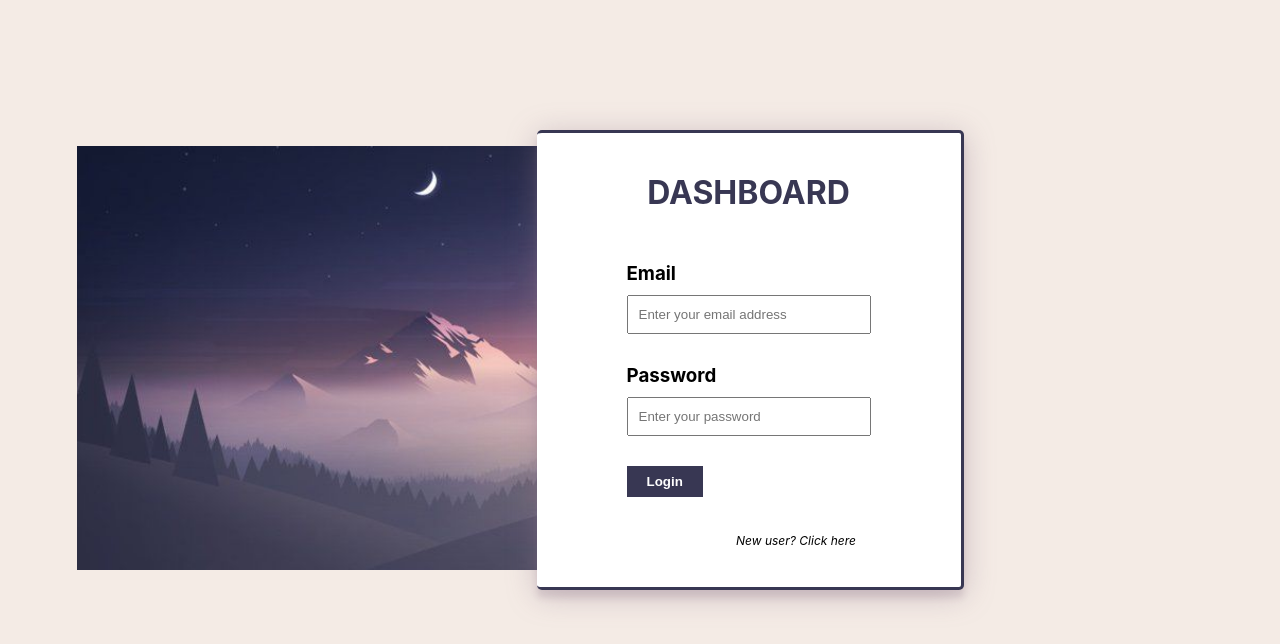
Repository: syni18/internshala-project
Page: /
These files come from the project's save history. The page is drawn as it stood at one moment and after the next save; the edit follows.
The browser window is 1280 px wide. The pictures show the whole page.
The project was rebuilt for these pictures with package versions that can differ from the ones it lists, and the page was loaded fresh each time. Also part of the build but not shown: src/dashboard/sidebar.css, src/dashboard/Sidebar.jsx, src/home/home.css, src/home/Home.jsx, src/profile/profile.css, src/profile/Profile.jsx, src/todocal/TodoList.jsx, src/todocal/Todo.jsx and 4 more.

Above is the page before, as saved 2022-08-30 16:16:43.

### src/StateProvider.jsx
import { createContext, useContext, useState, useEffect } from "react";
import {
  signInWithEmailAndPassword,
  createUserWithEmailAndPassword,
  onAuthStateChanged,
  signOut,
  updateProfile,
  sendPasswordResetEmail,
} from "firebase/auth";
import { auth } from "./firebaseconfig";

export const UserContext = createContext({});

export const useUserContext = () => {
  return useContext(UserContext);
};

export const UserContextProvider = ({ children }) => {
  const [user, setUser] = useState(null);
  const [loading, setLoading] = useState(false);
  const [error, setError] = useState("");

  useEffect(() => {

    setLoading(true);
    const unsubscribe = onAuthStateChanged(auth, (res) => {
      if (res) {
        setUser(res);
      } else {
        setUser(null);
      }
      setError("");
      setLoading(false);
    });
    return unsubscribe;
  }, []);

  const registerUser = (email, password, name) => {
    setLoading(true);
    createUserWithEmailAndPassword(auth, email, password)
      .then(() =>
        updateProfile(auth.currentUser, {
          displayName: name,
        })
      )
      .then((res) => console.log(res))
      .catch((err) => setError(err.message))
      .finally(() => setLoading(false));
  };

  const signInUser = (email, password) => {
    setLoading(true);
    signInWithEmailAndPassword(auth, email, password)
      .then((res) => console.log(res))
      .catch((err) => setError(err.code))
      .finally(() => setLoading(false));
  };

  const logoutUser = () => {
    signOut(auth);
  };

  const forgotPassword = (email) => {
    return sendPasswordResetEmail(auth, email);
  };

  const contextValue = {
    user,
    loading,
    error,
    signInUser,
    registerUser,
    logoutUser,
    forgotPassword,
  };
  return (
    <UserContext.Provider value={contextValue}>{children}</UserContext.Provider>
  );
};

### src/login/Login.jsx
import React, { useRef } from "react";
import { useUserContext } from "../StateProvider";
import bgwall from '../images/bgwall.jpg'
import "./login.css";

function Login() {

  const emailRef = useRef();
  const psdRef = useRef();
  const { registerUser } = useUserContext();
  const { signInUser,  } = useUserContext();


  const onSubmit = (e) => {
    e.preventDefault();
    const email = emailRef.current.value;
    const password = psdRef.current.value;
    if (email && password) {
      registerUser(email, password);
    }
  };

  const onSignin = (e) => {
    e.preventDefault();
    const email = emailRef.current.value;
    const password = psdRef.current.value;
    if (email && password) {
      signInUser(email, password)
    };
  };


  return (
    <div className="login">
      <div className="login_img">
        <img src={bgwall} alt="" />
      </div>
      <div className="login_container">
        <h1>DASHBOARD</h1>
        <form onSubmit={onSubmit}>
          <h3>Email</h3>
          <input
            type="email"
            ref={emailRef}
            placeholder="Enter your email address"
          />
          <h3>Password</h3>
          <input
            type="password"
            ref={psdRef}
            placeholder="Enter your password"
          />

          <button onClick={onSignin}>Login</button>
          {/* <button class="btn" onClick={onSubmit}>Sign Up</button> */}
        </form>
      </div>
    </div>
  );
}

export default Login

### src/login/Auth.jsx
import React, { useState } from "react";
import Login from "./Login";
import SignUp from "./SignUp";
import './auth.css'
const Auth = () => {
  const [index, setIndex] = useState(false);
  const toggleIndex = () => {
    setIndex((prevState) => !prevState);
  };
  return (
    <div className="container">
      {!index ? <Login /> : <SignUp />}
      <p onClick={toggleIndex}>
        {!index ? "New user? Click here " : "Already have an acount?"}
      </p>
    </div>
  );
};

export default Auth;

### src/firebaseconfig.jsx
// import firebase from './firebase'
import {initializeApp} from 'firebase/app'
import {getAuth} from 'firebase/auth'


const firebaseConfig = {
  apiKey: "AIzaSyDVNoV1MkQllHisnoMCIAddM7Hvozm_pHI",
  authDomain: "internshala-project-b7454.firebaseapp.com",
  projectId: "internshala-project-b7454",
  storageBucket: "internshala-project-b7454.appspot.com",
  messagingSenderId: "542399112034",
  appId: "1:542399112034:web:14aea6166a26dbb89c823b",
  measurementId: "G-8Q498T4H87",
};

const app = initializeApp(firebaseConfig);


export const auth = getAuth(app);
export default app;

### src/login/login.css
.login {
    background-color: #F4EBE5;
    height: 100vh;
    width: 100vw;
    display: flex;
    justify-content: center;
    align-items: center;
}

.login_img img {
    width: 700px;
    /* border-radius: 100px; */
    transform: rotate(360deg)

}

.login_container {
    border: 3px solid rgb(56, 55, 83);
    border-left: none;
    position: relative;
    right: 240px;
    padding:90px;
    text-align: center;
    background-color: #fff;
    border-radius: 5px;
    box-shadow: 0 8px 6px rgb(143, 118, 140,0.2),
        0 5px 30px rgb(143, 118, 140,0.4);
}
.login_container h1 {
    display: flex;
    margin-top: -50px;
    margin-bottom: 50px;
    color: rgb(56, 55, 83);
    align-items: center;
    justify-content: center;
}
.login_container .btn{
    position: absolute;
    bottom: 4.8%;
    left: 0;
    width: 80%;
    padding: 10px 0;
    border-top-right-radius: 30px;
    border-bottom-right-radius: 30px;
    cursor: pointer;
}
.login_container form {
    display: flex;
    flex-direction: column;
}
.login_container form h3 {
    text-align: left;
    margin-bottom: 10px;
}
.login_container  input {
    padding: 10px 10px;
    margin-bottom: 30px;
    outline: none;
    width: 220px;
}
.login_container button {
        background-color: rgb(56, 55, 83);
        color: white;
        border: none;
        padding: 8px 20px;
        width: max-content;
        font-weight: 600;
}

### src/todocal/todo.css
.dashboard_body {
    background-image: url("../images/dashboardSidebar.jpg");
        background-position:right;
        background-repeat: no-repeat;
        background-size:78%;
        overflow: scroll;

        /* border-bottom-right-radius: 10px; */
}

::-webkit-scrollbar {
    width: 20px;
}
::-webkit-scrollbar-thumb{
    display: none;
}
.forTodo h1 {
    margin: 20px 10px;
    display: flex;
    justify-content: space-between;
    align-items: center;
    position: sticky;
    top: 5%;
}
.todo_container {
    margin-top: 30px;
    display: flex;
    justify-content: flex-start;
    align-items: center;
    position: sticky;
    top: 17%;
    background: #fff;
}
.todo_container input {
    padding: 10px;
    width: 30%;
    outline: none;
    border: none;
    border-bottom: 2px solid salmon;
}
.todo_container  .MuiSvgIcon-root {
    color: #93c0be;
}
.todo_container .MuiSvgIcon-root:hover {
    color: rgb(110, 181, 5);
    transform: rotate(120deg);
}
.todo_list {
    margin-top: 15px;
    margin-left: 20px;
    font-size: 20px;


}
.todo_list ol {
    list-style: none;
    position: fixed;
    max-height: 380px;
    overflow: scroll;

}
.todo_list ol li {
    display: flex;
    justify-content: flex-start;
    align-items: center;
    font-weight: 300;
}
.todo_list ol li .MuiSvgIcon-root{
    padding-right: 20px;
    font-size: 30px;
}
.todo_list ol li .MuiSvgIcon-root:hover{
    color: rgb(248, 28, 28);
}

### src/login/auth.css
.container > p {
    position: absolute;
    top: 74%;
    left: 57.5%;
    font-size: 12px;
    font-style: italic;
    cursor: pointer;
}

Loaded but not shown: public/index.html (common file); src/index.js (common file); src/index.css (common file); src/App.js (common file); src/App.css (common file)

After the next save:
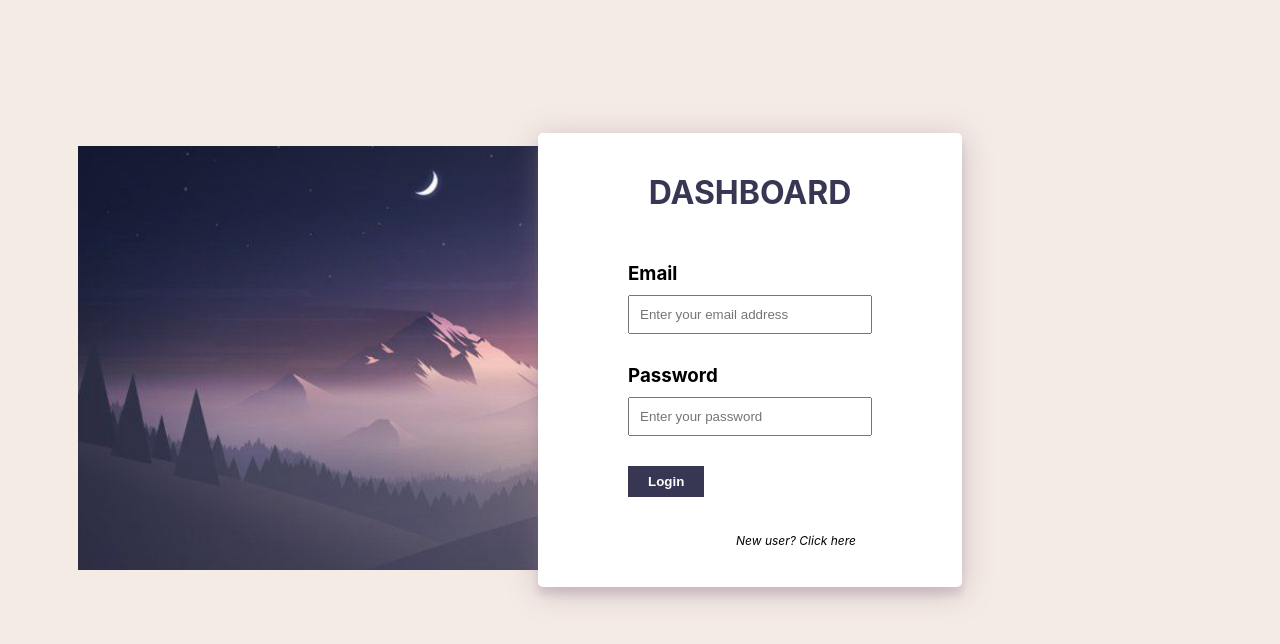
Saved 86 s later.
--- a/src/login/login.css
+++ b/src/login/login.css
@@ -15,7 +15,7 @@
 }
 
 .login_container {
-    border: 3px solid rgb(56, 55, 83);
+    /* border: 3px solid rgb(56, 55, 83); */
     border-left: none;
     position: relative;
     right: 240px;
